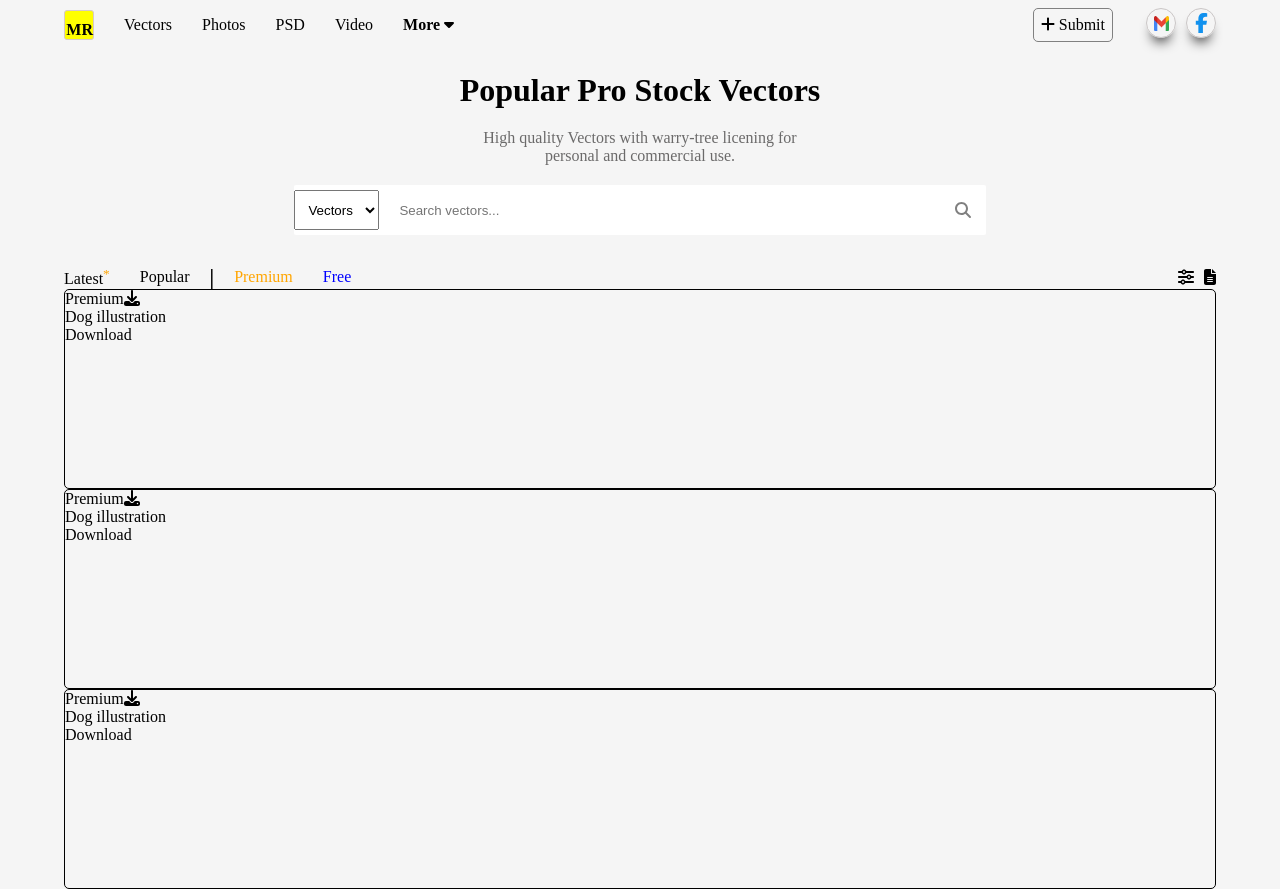
Repository: kegbaDev/VectorTemplate
Page: /
The author's editor kept a copy of each file at every save. The page is drawn from the files as they stood at one save, then again after a run of saves.
The browser window is 1280 px wide. The pictures show the whole page.
The project was rebuilt for these pictures with package versions that can differ from the ones it lists, and the page was loaded fresh each time. Also part of the build but not shown: vite.config.js.

Above is the page before, as saved 2023-04-11 23:42:25.

After the next 5 saves:
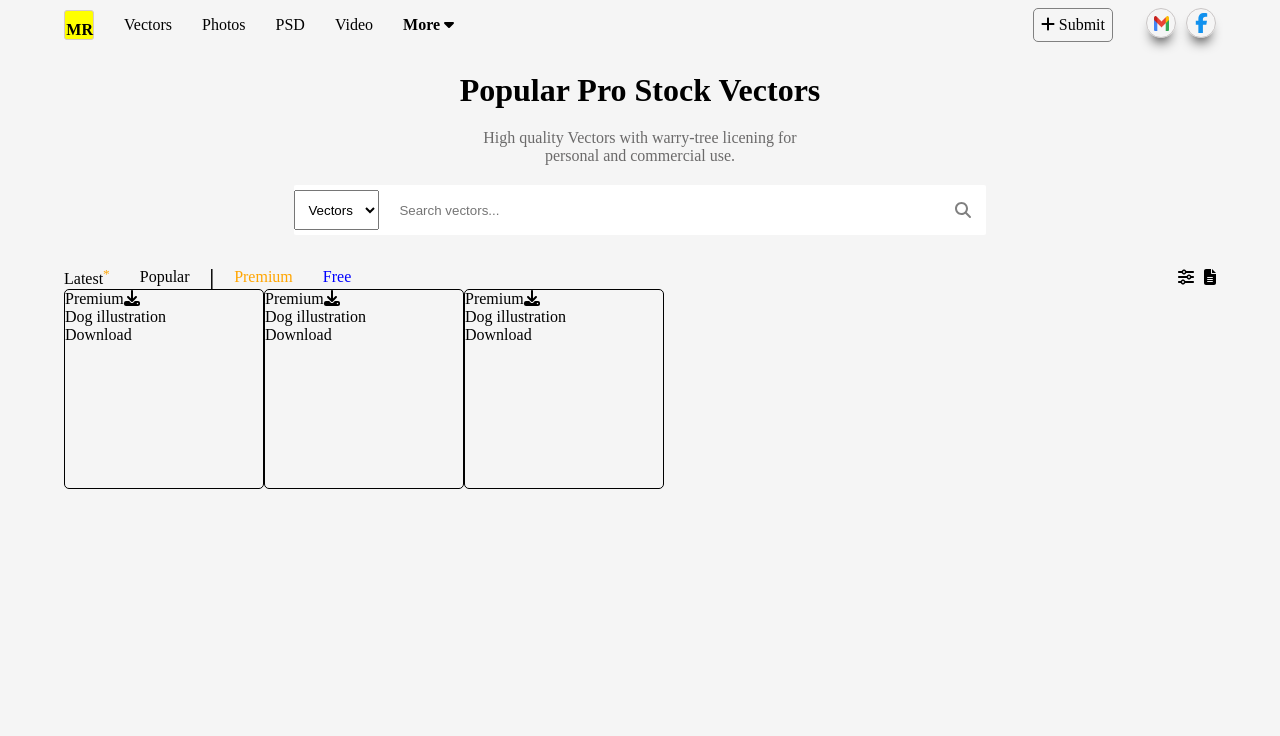
The 5 saves are shown as one change because they came seconds apart.
The last was saved 26 s later.
--- a/src/App.vue
+++ b/src/App.vue
@@ -238,6 +238,9 @@ select{
 
 /* Fourth component */
 
+.card_content{
+  display: flex;
+}
 .main_card{
   min-width: 200px;
   min-height: 200px;
